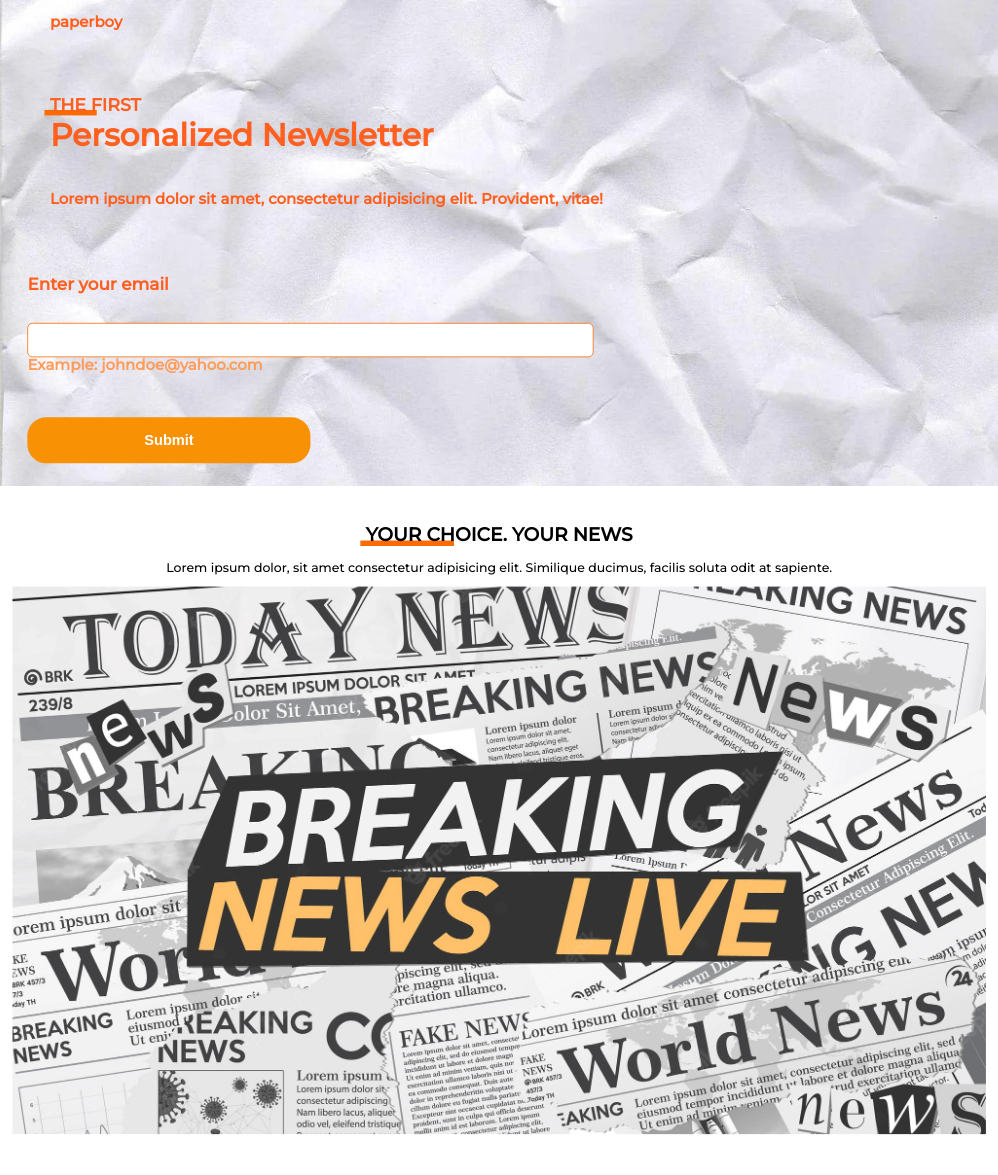
Repository: Gionnn/proiecte
Page: index.html
These files come from the project's save history. The page is drawn as it stood at one moment and after the next save; the edit follows.
The browser window is 1280 px wide. The pictures show the whole page, at 78% of full size.

Above is the page before, as saved 2022-11-28 12:25:03.

After the next save:
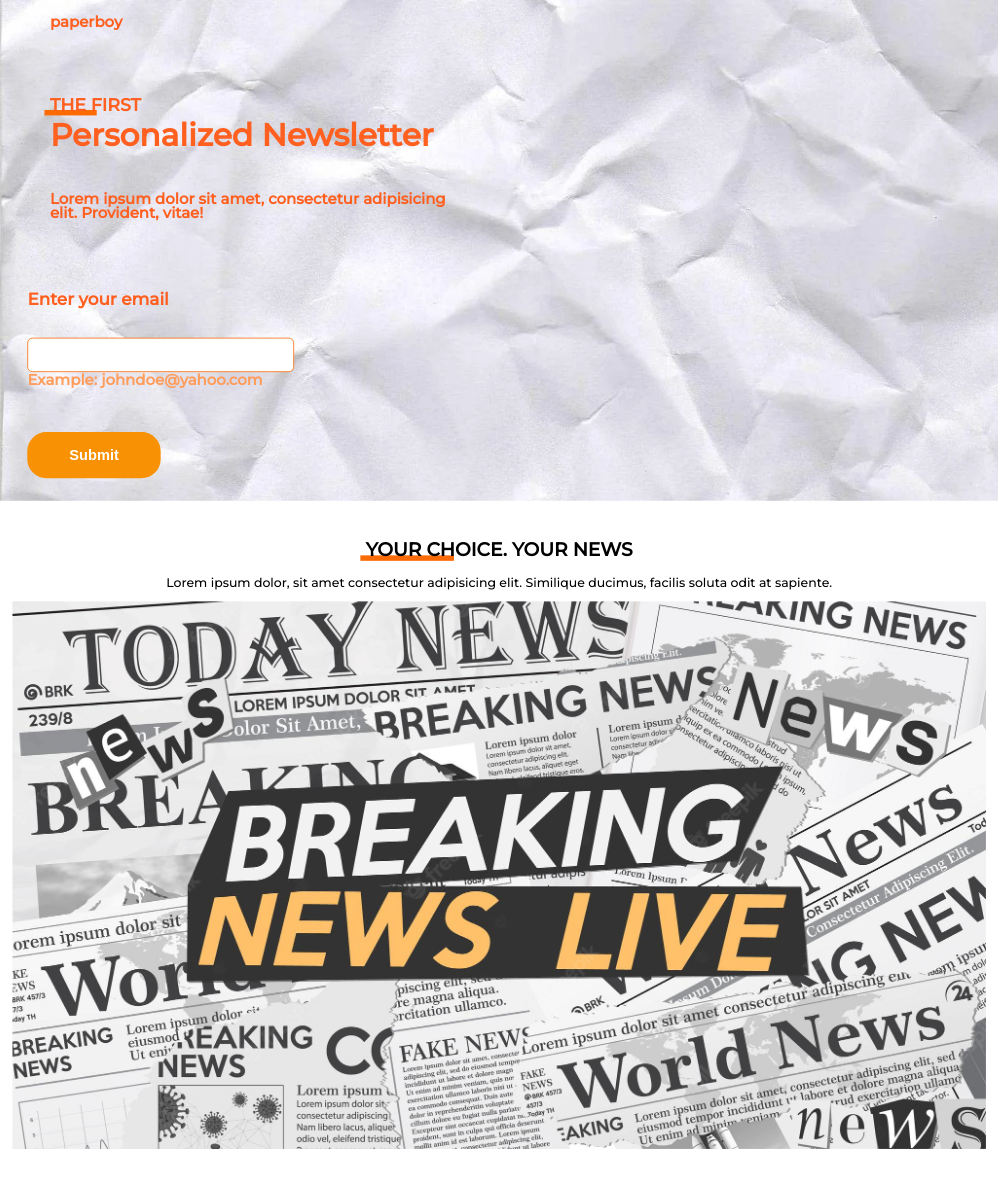
Saved 43 s later.
--- a/css/main.css
+++ b/css/main.css
@@ -143,4 +143,7 @@ p {
   .hero-bg p {
     margin: 0 0 3em;
   }
+  .hero-bg section {
+    width: 40%;
+  }
 }
